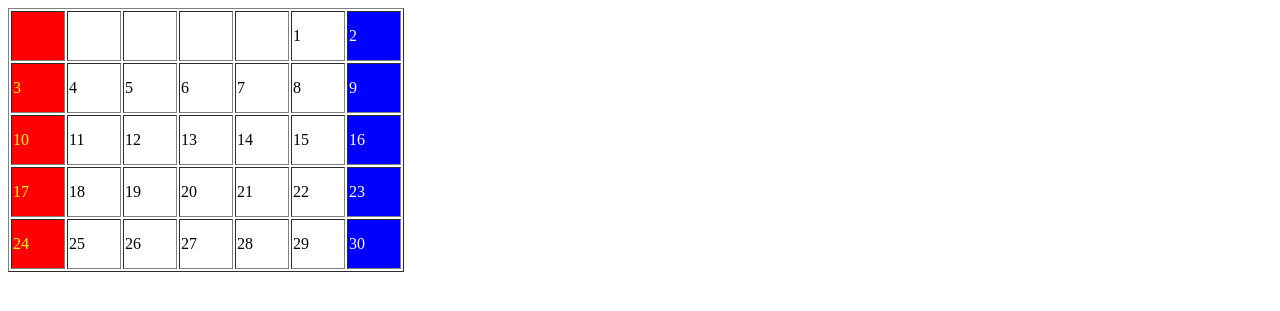
Repository: shouvoo/bitAcademy
Page: work/jsp/htmlProj/WebContent/basic/table2.html
The author's editor kept a copy of each file at every save. The page is drawn from the files as they stood at one save, then again after the next save.
The browser window is 1280 px wide. The pictures show the whole page.

Above is the page before, as saved 2017-09-26 02:44:24.

### work/jsp/htmlProj/WebContent/basic/table2.html
<!DOCTYPE html>
<html>
	<head>
		<meta charset="UTF-8">
		<title>Insert title here</title>

		<style type="text/css">
			.sat
			{
				background: red;
				color: yellow;
			}

			.sun
			{
				background: blue;
				color: white;
			}
		</style>

	</head>

	<body>
		<!-- table>tr[height=10]*3>td[width=50]*4> 테이블을 생성해줌 -->
		<table border=1>
			<tr height="50">
				<td class="sat" width="50"></td>
				<td width="50"></td>
				<td width="50"></td>
				<td width="50"></td>
				<td width="50"></td>
				<td width="50">1</td>
				<td class="sun" width="50">2</td>
			</tr>
			<tr height="50">
				<td class="sat"  width="50">3</td>
				<td width="50">4</td>
				<td width="50">5</td>
				<td width="50">6</td>
				<td width="50">7</td>
				<td width="50">8</td>
				<td class="sun" width="50">9</td>
			</tr>
			<tr height="50">
				<td class="sat"  width="50">10</td>
				<td width="50">11</td>
				<td width="50">12</td>
				<td width="50">13</td>
				<td width="50">14</td>
				<td width="50">15</td>
				<td class="sun" width="50">16</td>
			</tr>
			<tr height="50">
				<td class="sat"  width="50">17</td>
				<td width="50">18</td>
				<td width="50">19</td>
				<td width="50">20</td>
				<td width="50">21</td>
				<td width="50">22</td>
				<td class="sun" width="50">23</td>
			</tr>
			<tr height="50">
				<td class="sat"  width="50">24</td>
				<td width="50">25</td>
				<td width="50">26</td>
				<td width="50">27</td>
				<td width="50">28</td>
				<td width="50">29</td>
				<td class="sun" width="50">30</td>
			</tr>
		</table>

	</body>
</html>

After the next save:
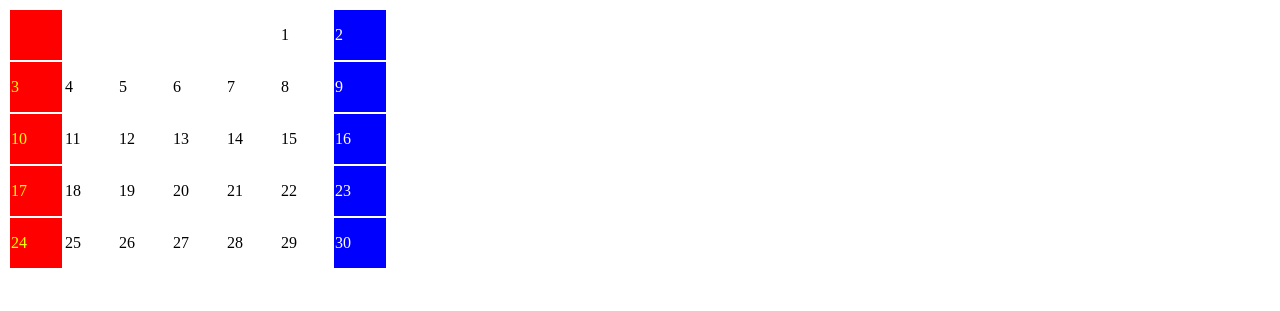
Saved 49 s later.
--- a/work/jsp/htmlProj/WebContent/basic/table2.html
+++ b/work/jsp/htmlProj/WebContent/basic/table2.html
@@ -22,7 +22,7 @@
 
 	<body>
 		<!-- table>tr[height=10]*3>td[width=50]*4> 테이블을 생성해줌 -->
-		<table border=1>
+		<table border=0>
 			<tr height="50">
 				<td class="sat" width="50"></td>
 				<td width="50"></td>

After the save that followed:
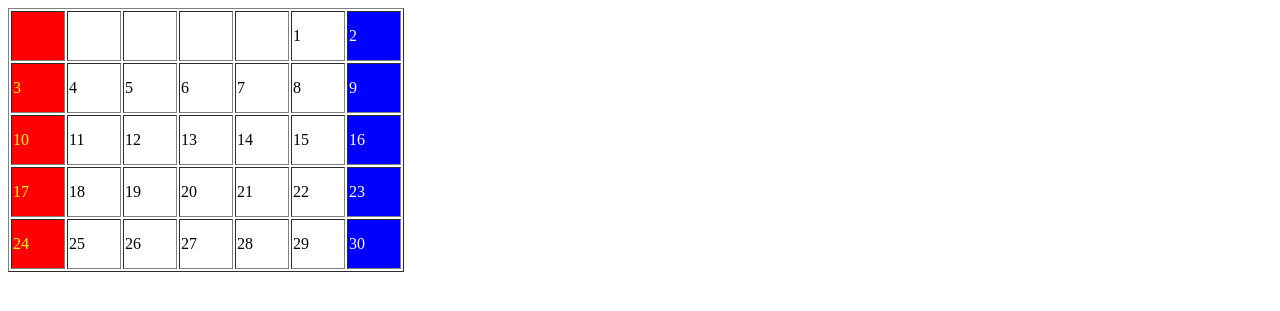
Saved 7 s later.
--- a/work/jsp/htmlProj/WebContent/basic/table2.html
+++ b/work/jsp/htmlProj/WebContent/basic/table2.html
@@ -22,7 +22,7 @@
 
 	<body>
 		<!-- table>tr[height=10]*3>td[width=50]*4> 테이블을 생성해줌 -->
-		<table border=0>
+		<table border=1>
 			<tr height="50">
 				<td class="sat" width="50"></td>
 				<td width="50"></td>
